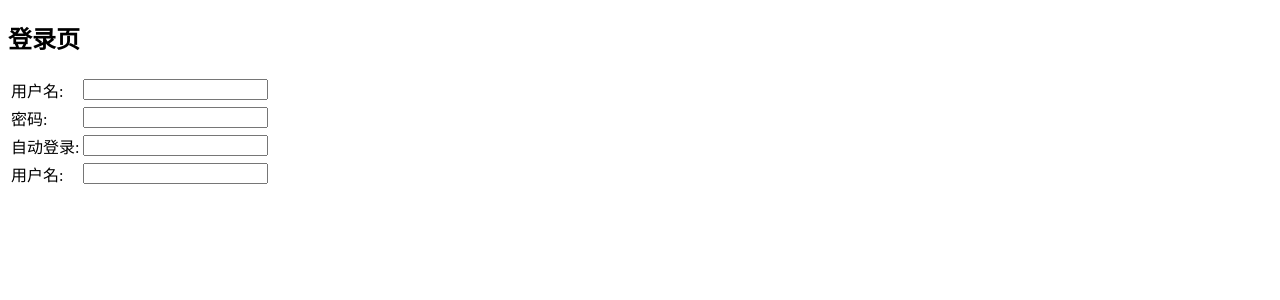
Repository: iamsongpeng/java-web-demo
Page: http://localhost/java-web-demo-filter/demo02/login.jsp
An editor plug-in stored every save of this project. The page is shown before and after the next save, followed by the edit.
The browser window is 1280 px wide. The pictures show the whole page.
The page is served by Tomcat 9.

Above is the page before, as saved 2017-06-08 03:22:32.

After the next save:
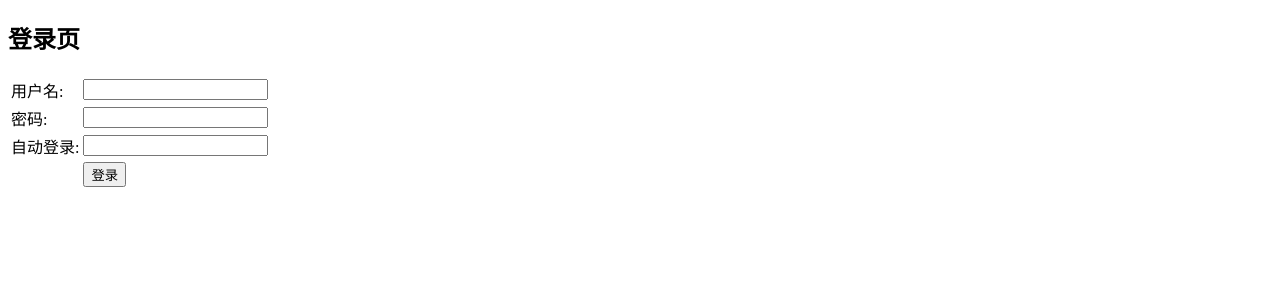
Saved 36 s later.
--- a/java-web-demo-filter/WebContent/demo02/login.jsp
+++ b/java-web-demo-filter/WebContent/demo02/login.jsp
@@ -19,11 +19,11 @@
 		</tr>
 		<tr>
 			<td>自动登录: </td>
-			<td><input type="text" name="username"></td>
+			<td><input type="text" name="autologin"></td>
 		</tr>
 		<tr>
-			<td>用户名: </td>
-			<td><input type="text" name="username"></td>
+			<td></td>
+			<td><input type="submit" value="登录"></td>
 		</tr>
 	</table>
 </body>
